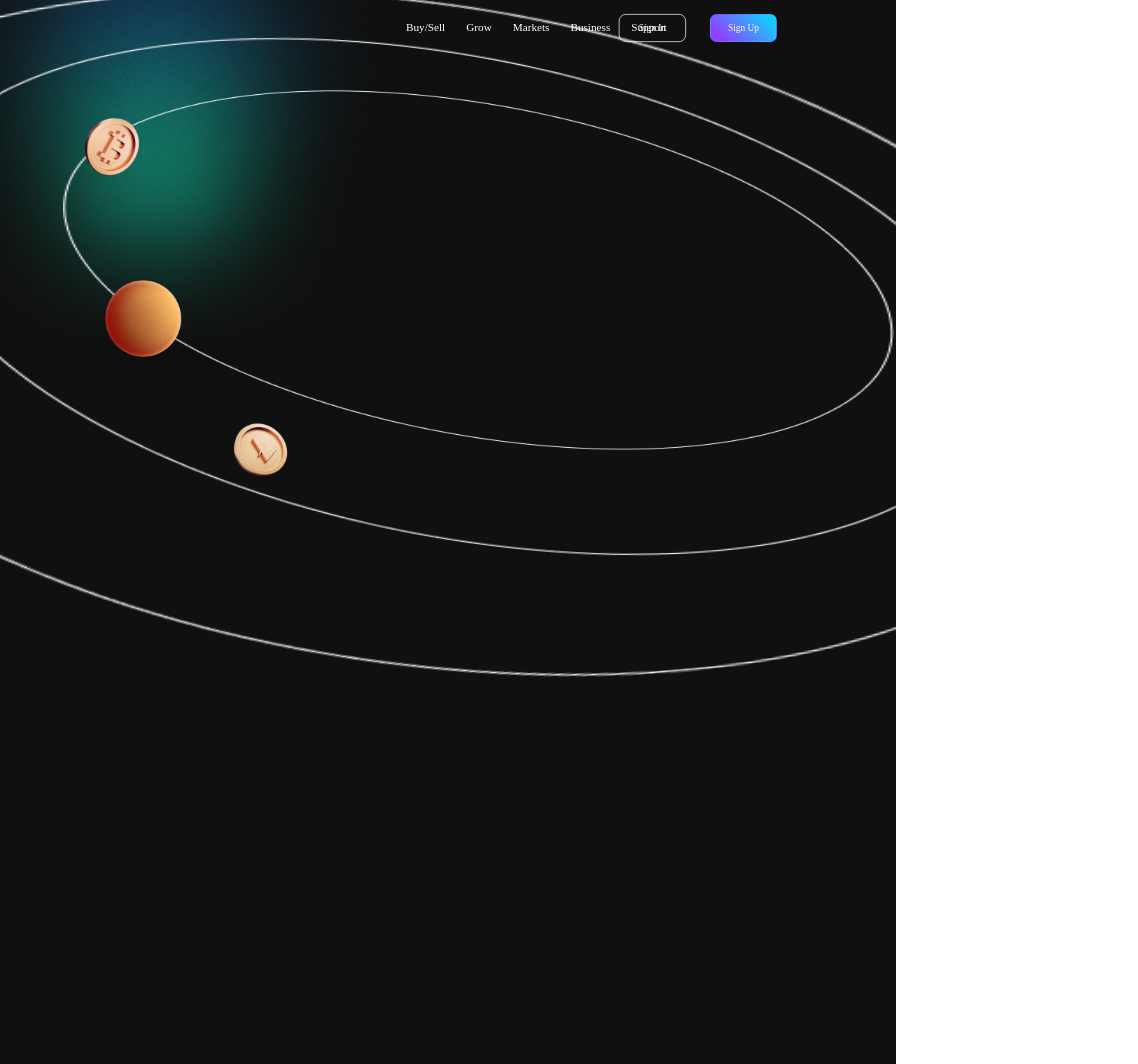
Repository: isaacCodes1/My-Crypto-Website
Page: index.html
These files come from the project's save history. The page is drawn as it stood at one moment and after the next save; the edit follows.
The browser window is 1280 px wide. The page is 1625 px wide, so the pictures cover 1625 px, including what lies to the right of the window. The pictures show the part of the page from y = 0 to 1520 px (the page is 7200 px tall), at 70% of full size.

Above is the page before, as saved 2024-05-16 10:46:47.

After the next save:
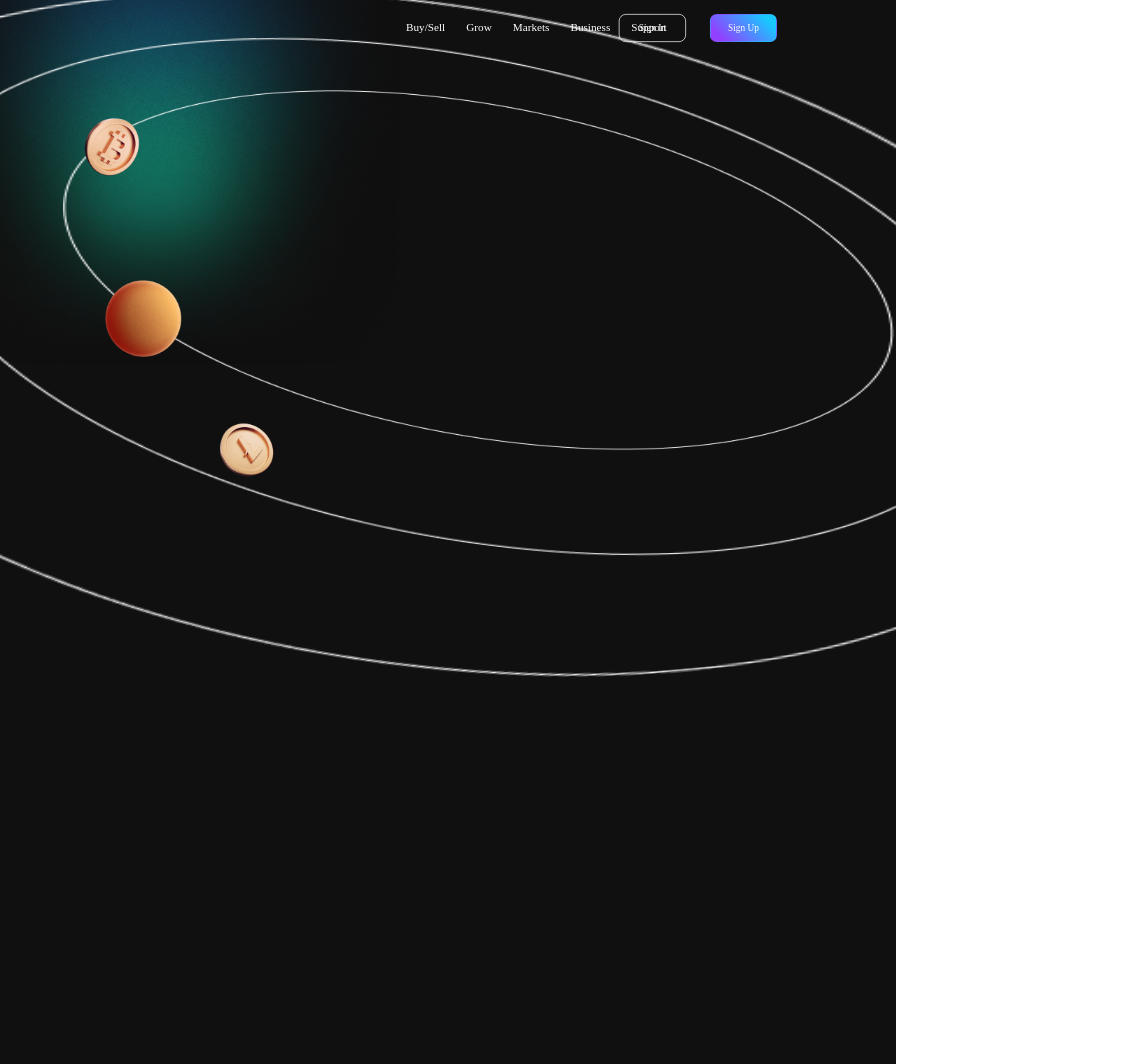
Saved 5 s later.
--- a/style.css
+++ b/style.css
@@ -103,5 +103,5 @@
 #lit1{
     position: absolute;
     top: 570px;
-    left: 300px;
+    left: 280px;
 }
